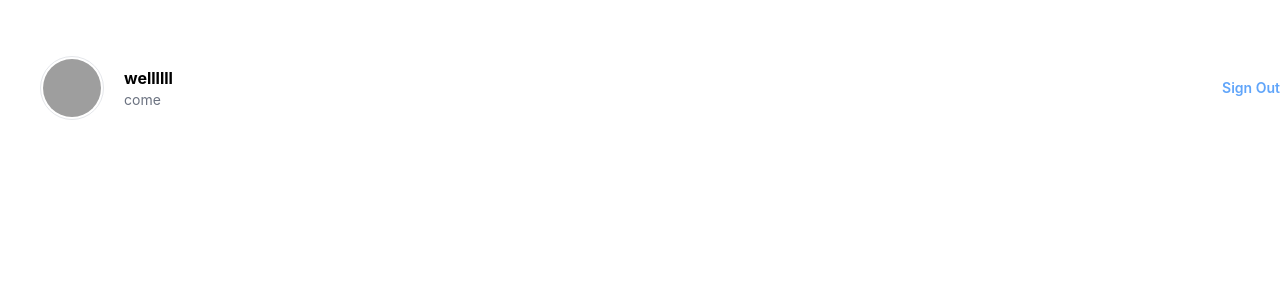
Repository: Uu20/webp
Page: /components/MiniProfile (app in final/)
The author's editor kept a copy of each file at every save. The page is drawn from the files as they stood at one save, then again after the next save.
The browser window is 1280 px wide. The pictures show the whole page.
Pictures or frames that could not be fetched are drawn as grey boxes. The page's requests for data from a server got no answer. The project was rebuilt for these pictures with package versions that can differ from the ones it lists, and the page was loaded fresh each time. The framework's server and built-in components were replaced by stand-ins that run in the browser. No one was signed in, and anything a server would have sent is missing. Also part of the build but not shown: final/next.config.js.

Above is the page before, as saved 2022-06-22 03:32:12.

After the next save:
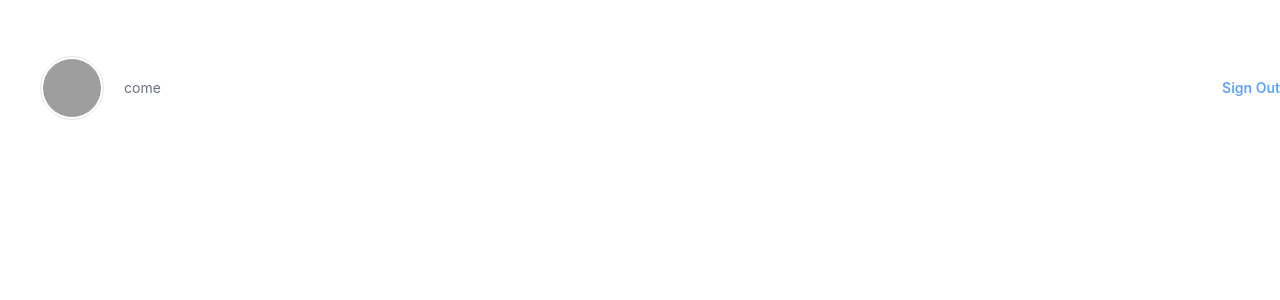
Saved 7 min 30 s later.
--- a/final/pages/components/MiniProfile.js
+++ b/final/pages/components/MiniProfile.js
@@ -3,7 +3,6 @@
 
 function MiniProfile() {
     const{data:session}=useSession();
-    console.log(session);
   return (
     <div className='flex items-center
     justify-between mt-14 ml-10'>
@@ -12,11 +11,11 @@
         alt=''/>
 
         <div className='flex-1  mx-5'>
-            <h2 className='font-bold'>wellllll</h2>
+            <h2 className='font-bold'>{session?.user?.username}</h2>
             <h3 className='text-sm text-gray-500'>come</h3>
         </div>
 
-        <button className='text-blue-400 text-sm font-semibold'>Sign Out</button>
+        <button onClick={signOut} className='text-blue-400 text-sm font-semibold'>Sign Out</button>
     </div>
   )
 }
